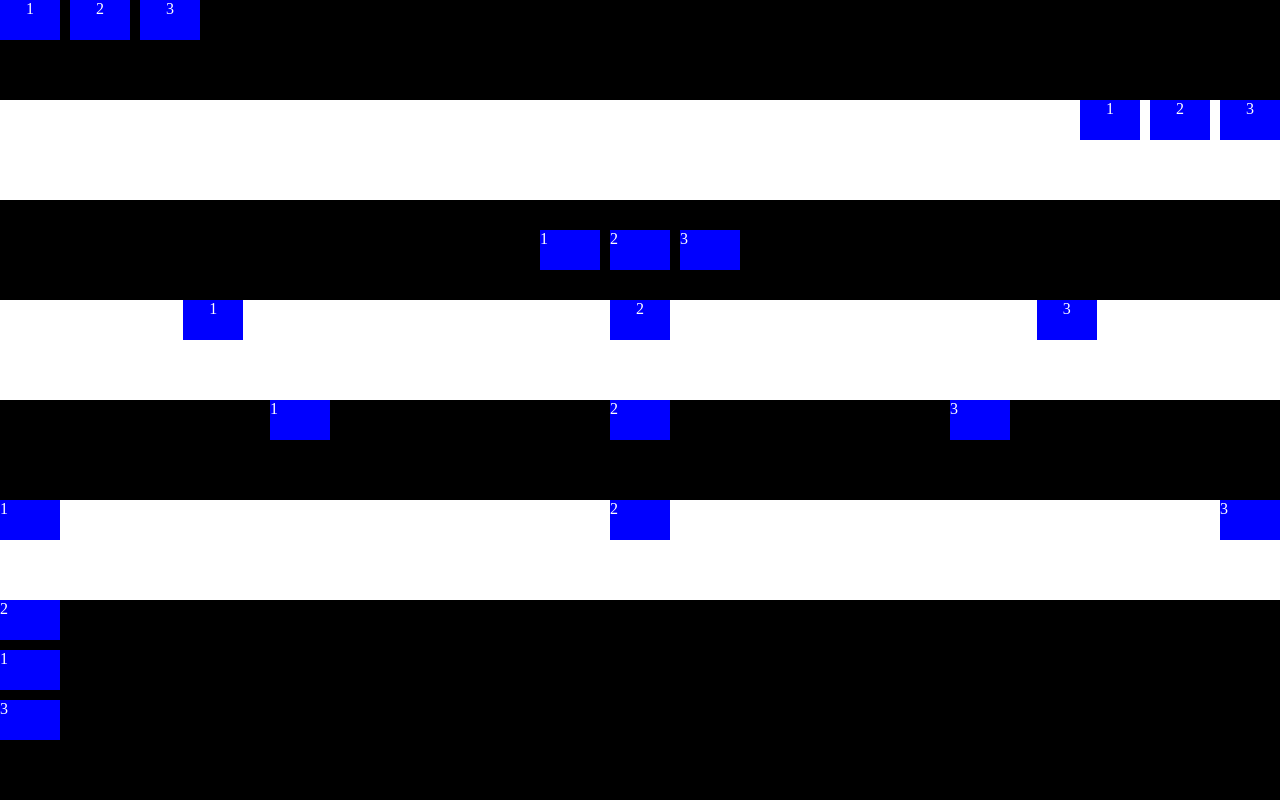
Repository: Elesion08/flexbox
Page: index.html
The author's editor kept a copy of each file at every save. The page is drawn from the files as they stood at one save, then again after a run of saves.
The browser window is 1280 px wide. The pictures show the whole page.

Above is the page before, as saved 2025-04-15 08:45:42.

After the next 4 saves:
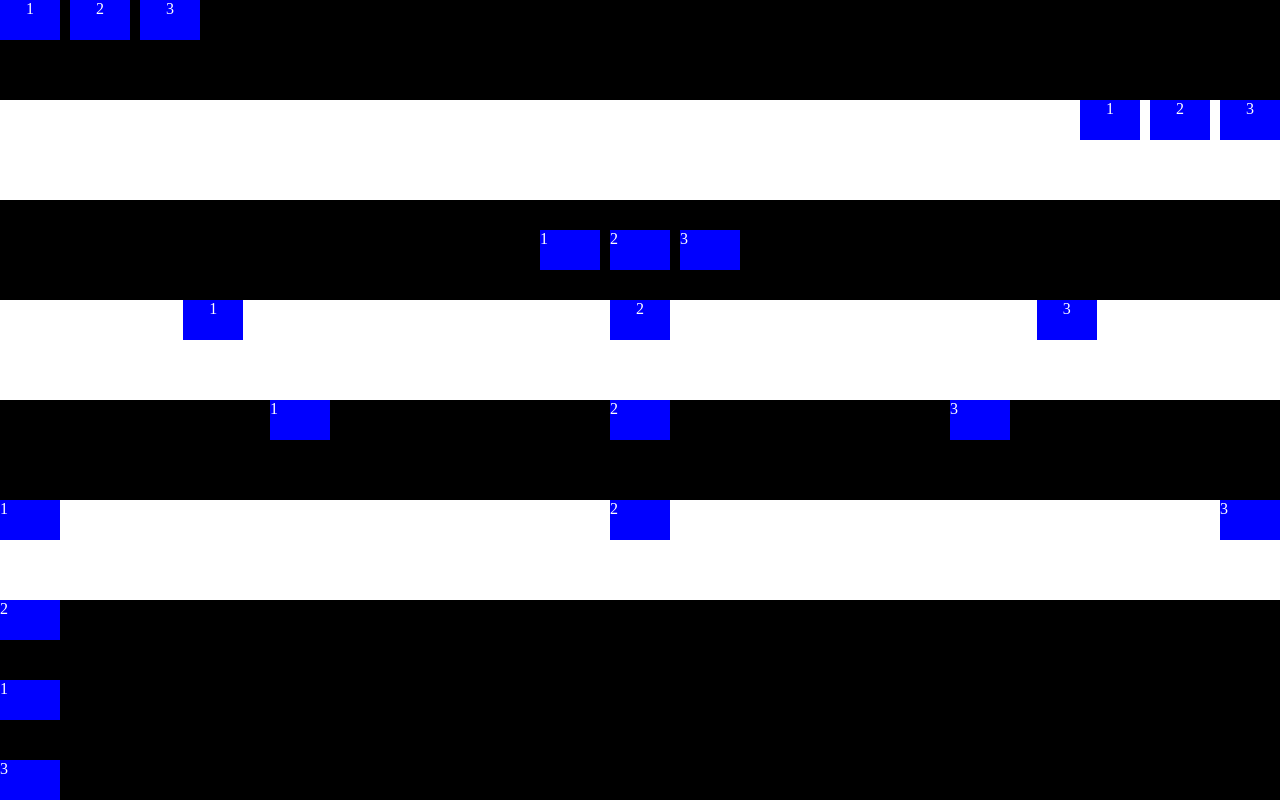
The 4 saves are shown as one change because they came seconds apart.
The last was saved 31 s later.
--- a/style.css
+++ b/style.css
@@ -163,6 +163,7 @@
         display: flex;
         /* Muda a direção de alinhamento dos itens */
         flex-direction: column;
+        justify-content: space-between;
         /* centraliza os elementos filhos verticalmente */
         background-color: black;
         /* distância entre os elementos filhos */
